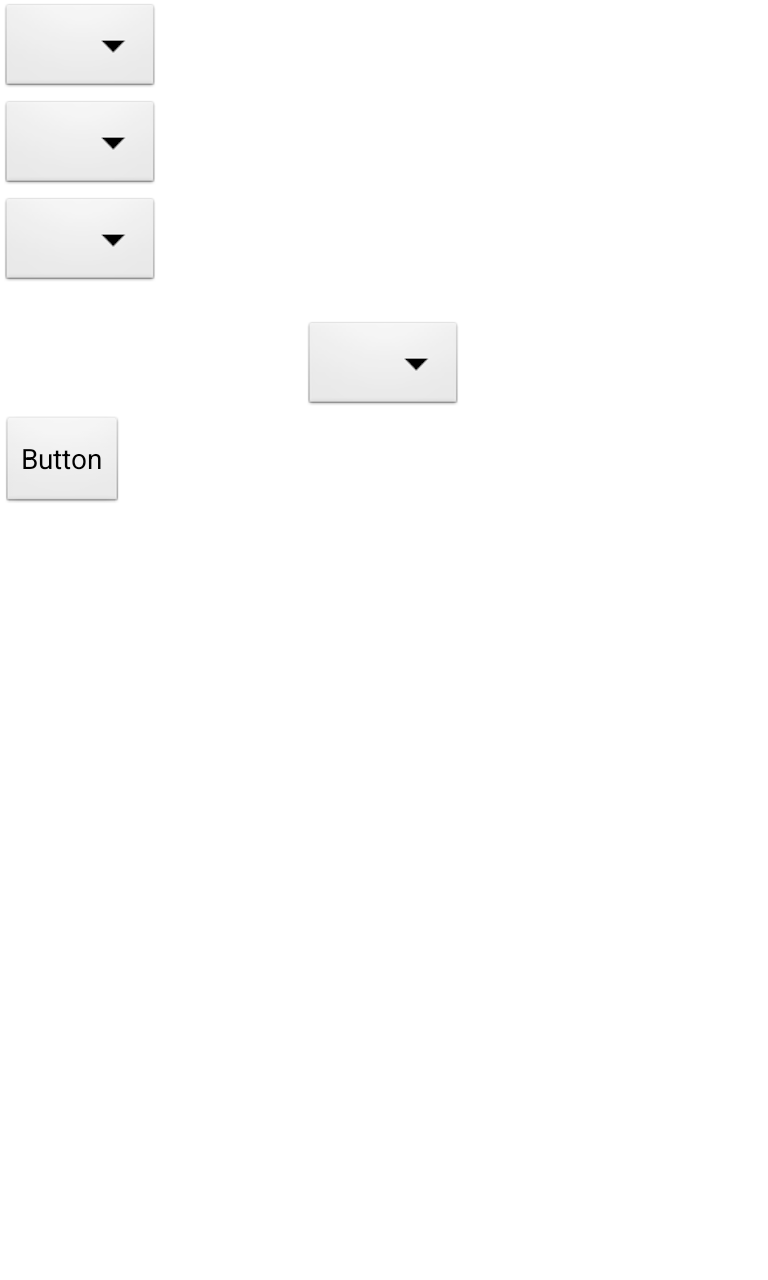
Repository: Lorvak/Pedido
Layout: workspace/Pedido_pizzaria/res/layout/activity_pedido_form.xml
An editor plug-in stored every save of this project. The layout is shown before and after the next save, followed by the edit.
It is drawn on a 768 x 1280 px phone screen (xhdpi) without system bars, with theme AppTheme; the app's code is not run.

Above is the layout before, as saved 2013-02-25 22:48:28.

After the next save:
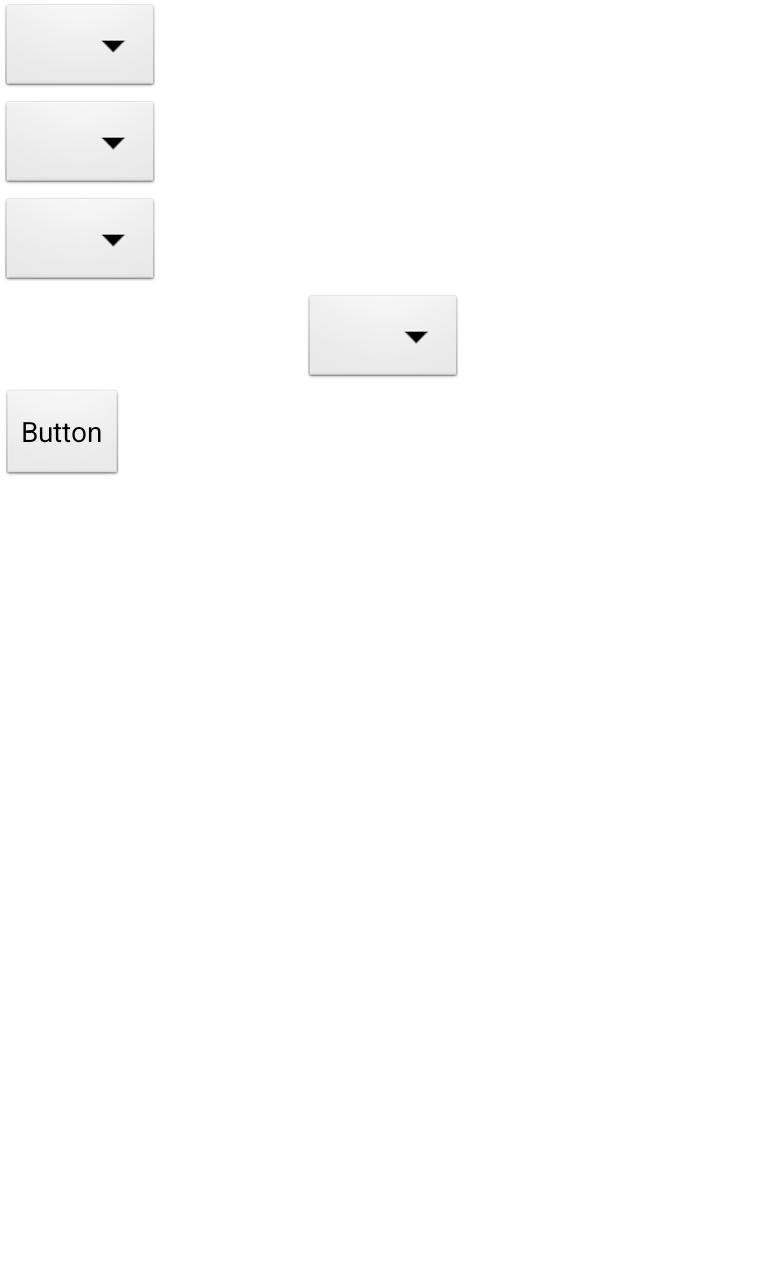
Saved 18 s later.
--- a/workspace/Pedido_pizzaria/res/layout/activity_pedido_form.xml
+++ b/workspace/Pedido_pizzaria/res/layout/activity_pedido_form.xml
@@ -26,13 +26,11 @@
         android:layout_below="@+id/spnPizza" />
 
         <Spinner
-        android:id="@+id/spinnerPizzas"
-        android:layout_width="wrap_content"
-        android:layout_height="wrap_content"
-        android:layout_alignTop="@+id/spnBebida"
-        android:layout_centerHorizontal="true"
-        android:layout_below="@+id/spnBebida"
-        android:layout_marginTop="62dp" />
+            android:id="@+id/spinnerPizzas"
+            android:layout_width="wrap_content"
+            android:layout_height="wrap_content"
+            android:layout_below="@+id/spnBebida"
+            android:layout_centerHorizontal="true" />
 
     <Button
         android:id="@+id/btVoltar"
